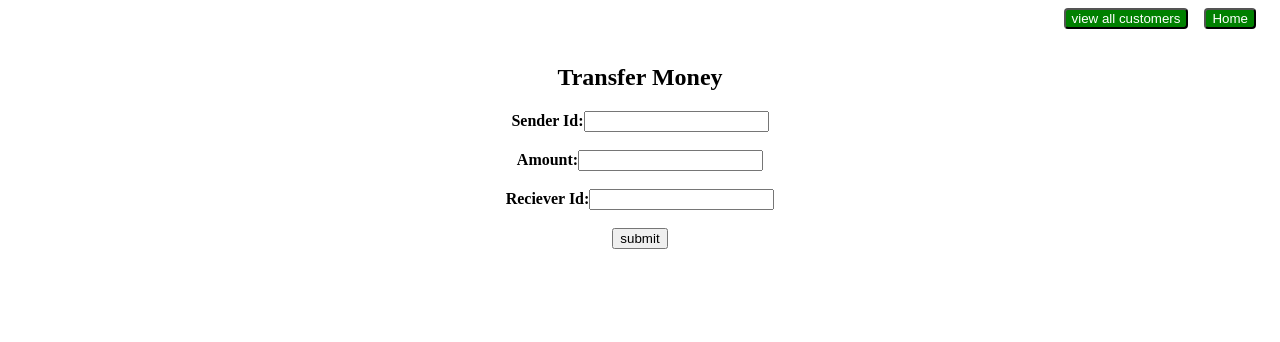
Repository: BarnalaManognaram/sparxintern
Page: sparx_internship/sparx/src/main/webapp/transfer.html
An editor plug-in stored every save of this project. The page is shown before and after the next save, followed by the edit.
The browser window is 1280 px wide. The pictures show the whole page.

Above is the page before, as saved 2021-09-19 16:21:45.

### sparx_internship/sparx/src/main/webapp/transfer.html
<!DOCTYPE html>
<html>
<head>
<meta charset="ISO-8859-1">
<title>transfer</title>
<link rel="stylesheet" href="home.css">
</head>
<body>
<a href="home.html"><button class="button1">Home</button></a>
<a href="Customer.java"><button class="button1">view all customers</button></a><br><br>
  <center>
   <h2>Transfer Money</h2>
    <b>Sender Id:</b><input type="text" name="sid" /><br><br>
    <b>Amount:</b><input type="text" name="tm"/><br><br>
    <b>Reciever Id:</b><input type="text" name="rid"/><br><br>
    <input type="button" value="submit"/><br><br>
  </center>
</body>
</html>

### sparx_internship/sparx/src/main/webapp/home.css
@charset "ISO-8859-1";
.button{
	background-color:green;
	color: white;
	border-radius: 8px;
		margin-left:690px;
}
.button1{
	background-color:green;
	color: white;
	border-radius: 4px;
	float: right;
	margin-right:16px;
}
.heading{
	color:green;
}
.bottom{
	background-color:skyblue;
	border-radius: 8px;

}

.table {
  font-family: arial, sans-serif;
  border-collapse: collapse;
  width: 100%;
}

.td {
  border: 1px solid #dddddd;
  text-align: left;
  padding: 8px;
}
.input[type=text] {
  width: 100%;
  padding: 12px 20px;
  margin: 8px 0;
  box-sizing: border-box;
}

.tr:nth-child(even) {
  background-color: #dddddd;
}

After the next save:
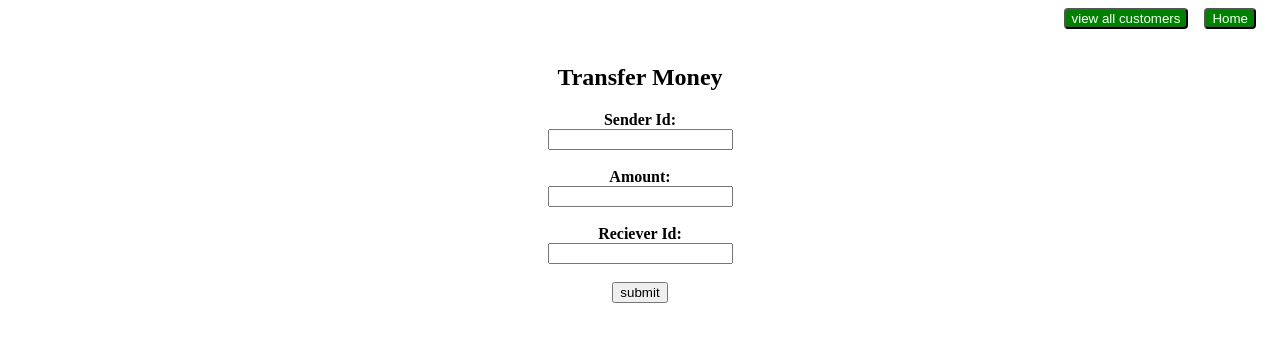
Saved 52 s later.
--- a/sparx_internship/sparx/src/main/webapp/transfer.html
+++ b/sparx_internship/sparx/src/main/webapp/transfer.html
@@ -10,9 +10,9 @@
 <a href="Customer.java"><button class="button1">view all customers</button></a><br><br>
   <center>
    <h2>Transfer Money</h2>
-    <b>Sender Id:</b><input type="text" name="sid" /><br><br>
-    <b>Amount:</b><input type="text" name="tm"/><br><br>
-    <b>Reciever Id:</b><input type="text" name="rid"/><br><br>
+    <b>Sender Id:</b><br><input type="text" name="sid" /><br><br>
+    <b>Amount:</b><br><input type="text" name="tm"/><br><br>
+    <b>Reciever Id:</b><br><input type="text" name="rid"/><br><br>
     <input type="button" value="submit"/><br><br>
   </center>
 </body>
